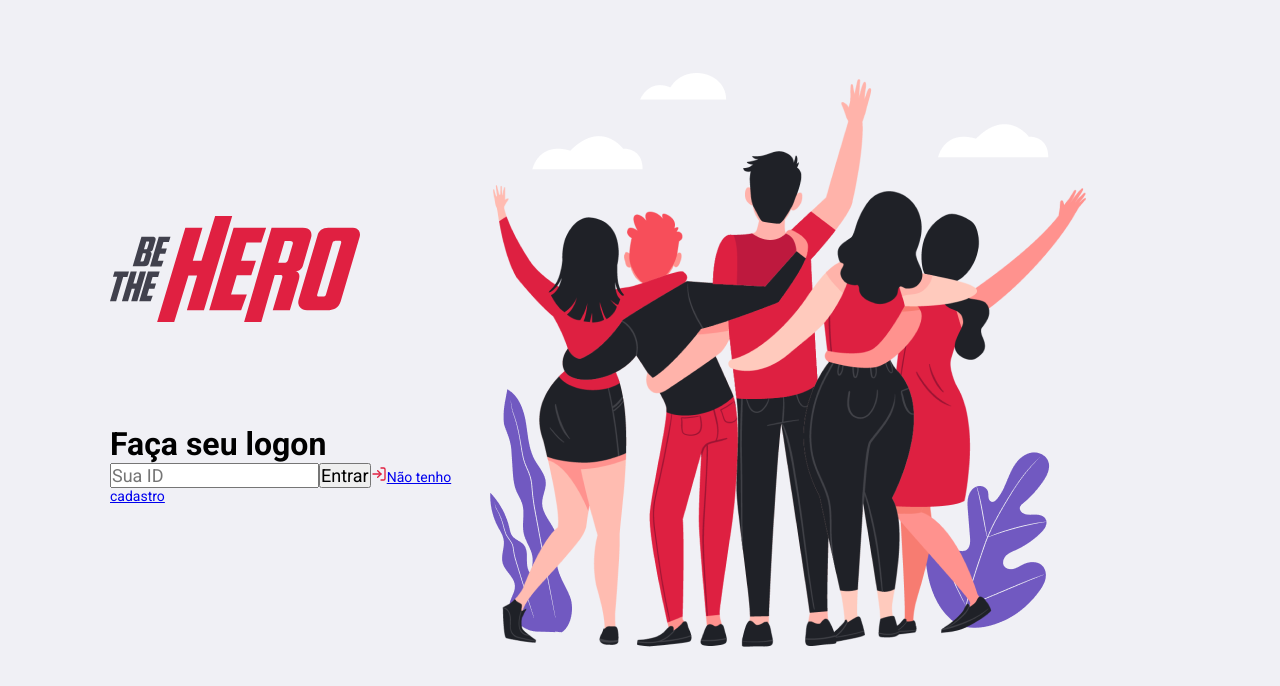
Repository: s7Thiago/semana-omnistack-11.0
Page: / (app in front-end/)
These files come from the project's save history. The page is drawn as it stood at one moment and after the next save; the edit follows.
The browser window is 1280 px wide. The pictures show the whole page.
The project was rebuilt for these pictures with package versions that can differ from the ones it lists, and the page was loaded fresh each time.

Above is the page before, as saved 2020-03-26 20:23:51.

### front-end/src/App.js
import React from 'react';
import './global.css';

import Logon from './pages/Logon';

function App() {

  return (
    <Logon />
  );
}

export default App;

### front-end/src/global.css
@import url('https://fonts.googleapis.com/css?family=Roboto:400,500,700&display=swap');

*{
    margin: 0;
    padding: 0;
    outline: 0;
    box-sizing: border-box; /*Faz com que o padding dos elementos seja anexado na sua largura e na sua altura*/
}

body{
    font: 400 14px Roboto, sans-serif;
    background: #f0f0f5;
    -webkit-font-smoothing: antialiased;
}

input, button, textarea {
    font: 400 18px Roboto, sans-serif;
}

button {
    cursor: pointer;
}

### front-end/src/pages/Logon/index.js
import React from 'react';
import { FiLogIn } from 'react-icons/fi'

import './styles.css'

import heroesImg from '../../assets/heroes.png';
import logoImg from '../../assets/logo.svg';

export default function Logon() {
    return (
        <div className="logon-container">
            <section className="form">
                {/* Logo */}
                <img src={logoImg} alt="Be the Hero" />

                {/* Formulário */}
                <form>
                    <h1>Faça seu logon</h1>
                    <input placeholder="Sua ID" />
                    <button type="submit">Entrar</button>

                    <a href="/register">
                        <FiLogIn size={16} color="#E02041" />
                        Não tenho cadastro</a>
                </form>

            </section>
            <img src={heroesImg} alt='Heroes' />
        </div>


    );
}

### front-end/src/pages/Logon/styles.css
.logon-container{
    width: 100%;
    max-width: 1120px;
    height: 100vh;
    margin: 0 auto;

    display: flex;
    align-items: center;
}

.logon-container section.form{
    width: 100%;
    max-width: 350px;
    margin: 30px;
}

.logon-container section.form form{
    margin-top: 100px;
}

.logon-container section.form form h1 {
    font-size: 32px;
}

Loaded but not shown: front-end/src/index.js (common file)

After the next save:
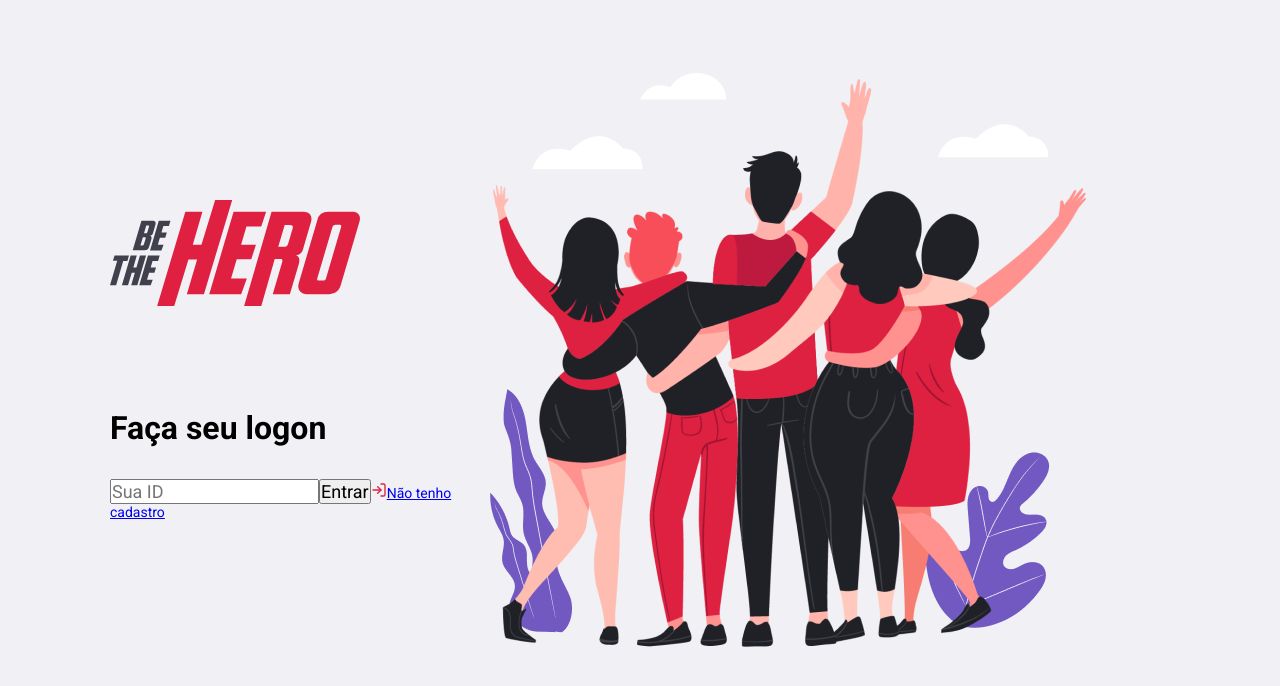
Saved 18 s later.
--- a/front-end/src/pages/Logon/styles.css
+++ b/front-end/src/pages/Logon/styles.css
@@ -20,4 +20,5 @@
 
 .logon-container section.form form h1 {
     font-size: 32px;
+    margin-bottom: 32px;
 }
